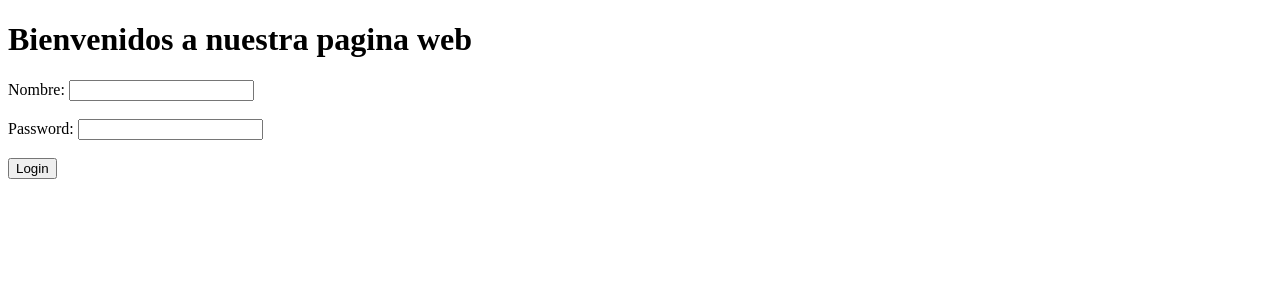
Repository: fherrerad/NocionesJava
Page: 05_Web/WebContent/inicio.html
These files come from the project's save history. The page is drawn as it stood at one moment and after the next save; the edit follows.
The browser window is 1280 px wide. The pictures show the whole page.

Above is the page before, as saved 2019-04-24 10:52:36.

### 05_Web/WebContent/inicio.html
<!DOCTYPE html>
<html>
<head>
<meta charset="UTF-8">
<title>Insert title here</title>
</head>
<body>
	<h1>Bienvenidos a nuestra pagina web</h1>
	<form action="">
		Nombre: <input type="text" name="nombreUsuario"></input>
		<br/><br/>
		Password: <input type="text" name="passwordUsuario"></input>
		<br/><br/>
		<input type="submit" value="Login"></input>
	</form>
</body>
</html>

After the next save:
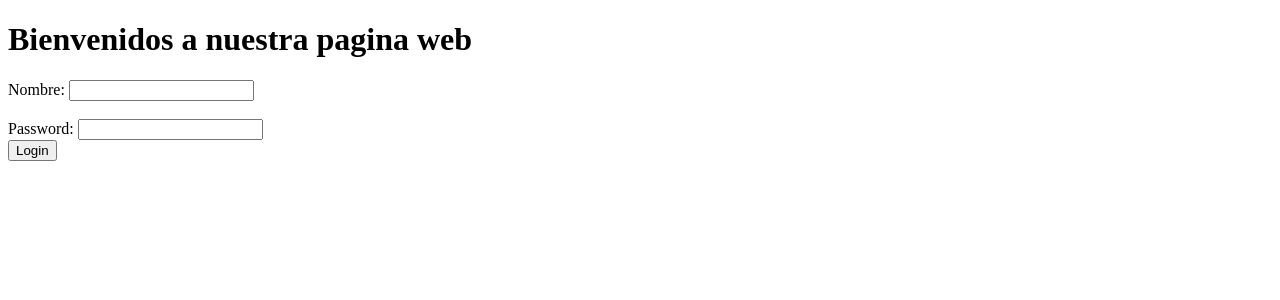
Saved 23 s later.
--- a/05_Web/WebContent/inicio.html
+++ b/05_Web/WebContent/inicio.html
@@ -10,7 +10,7 @@
 		Nombre: <input type="text" name="nombreUsuario"></input>
 		<br/><br/>
 		Password: <input type="text" name="passwordUsuario"></input>
-		<br/><br/>
+		<br/>
 		<input type="submit" value="Login"></input>
 	</form>
 </body>

After the save that followed:
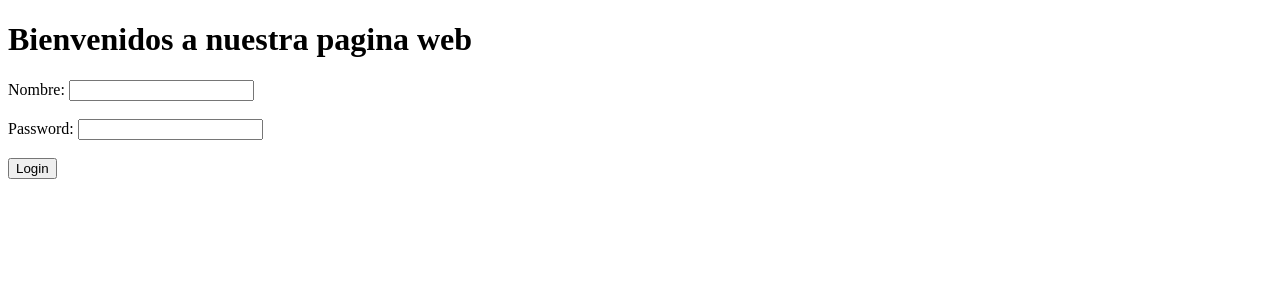
Saved 13 s later.
--- a/05_Web/WebContent/inicio.html
+++ b/05_Web/WebContent/inicio.html
@@ -10,7 +10,7 @@
 		Nombre: <input type="text" name="nombreUsuario"></input>
 		<br/><br/>
 		Password: <input type="text" name="passwordUsuario"></input>
-		<br/>
+		<br/><br/>
 		<input type="submit" value="Login"></input>
 	</form>
 </body>
